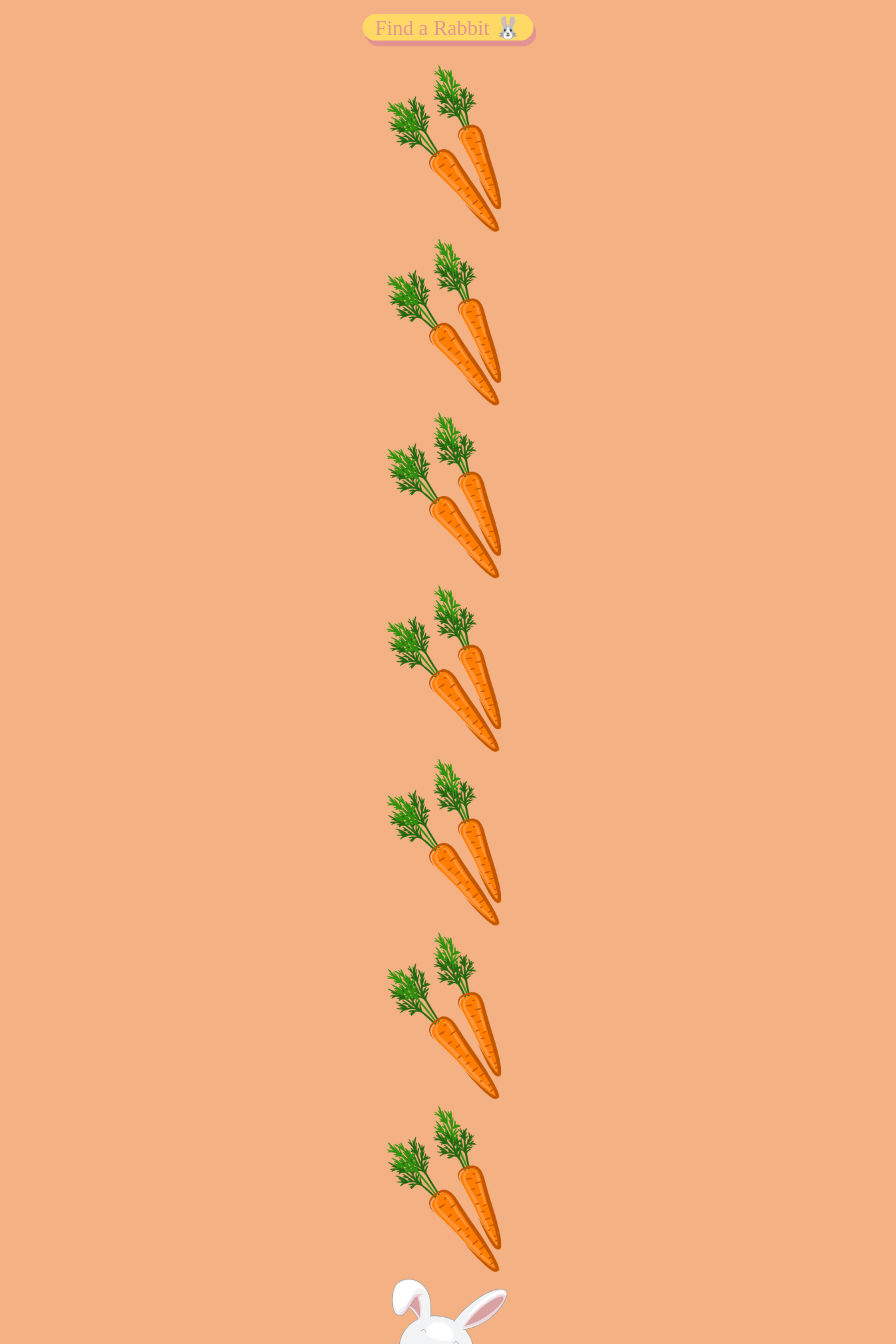
Repository: sephinejo/frontend-browser-101
Page: browser/practice-find-rabbit/index.html
An editor plug-in stored every save of this project. The page is shown before and after the next save, followed by the edit.
The browser window is 1280 px wide. The pictures show the part of the page from y = 0 to 1920 px (the page is 3029 px tall), at 70% of full size.
Some web fonts or font styles are not loaded; a fallback is used.

Above is the page before, as saved 2023-05-10 21:21:40.

After the next save:
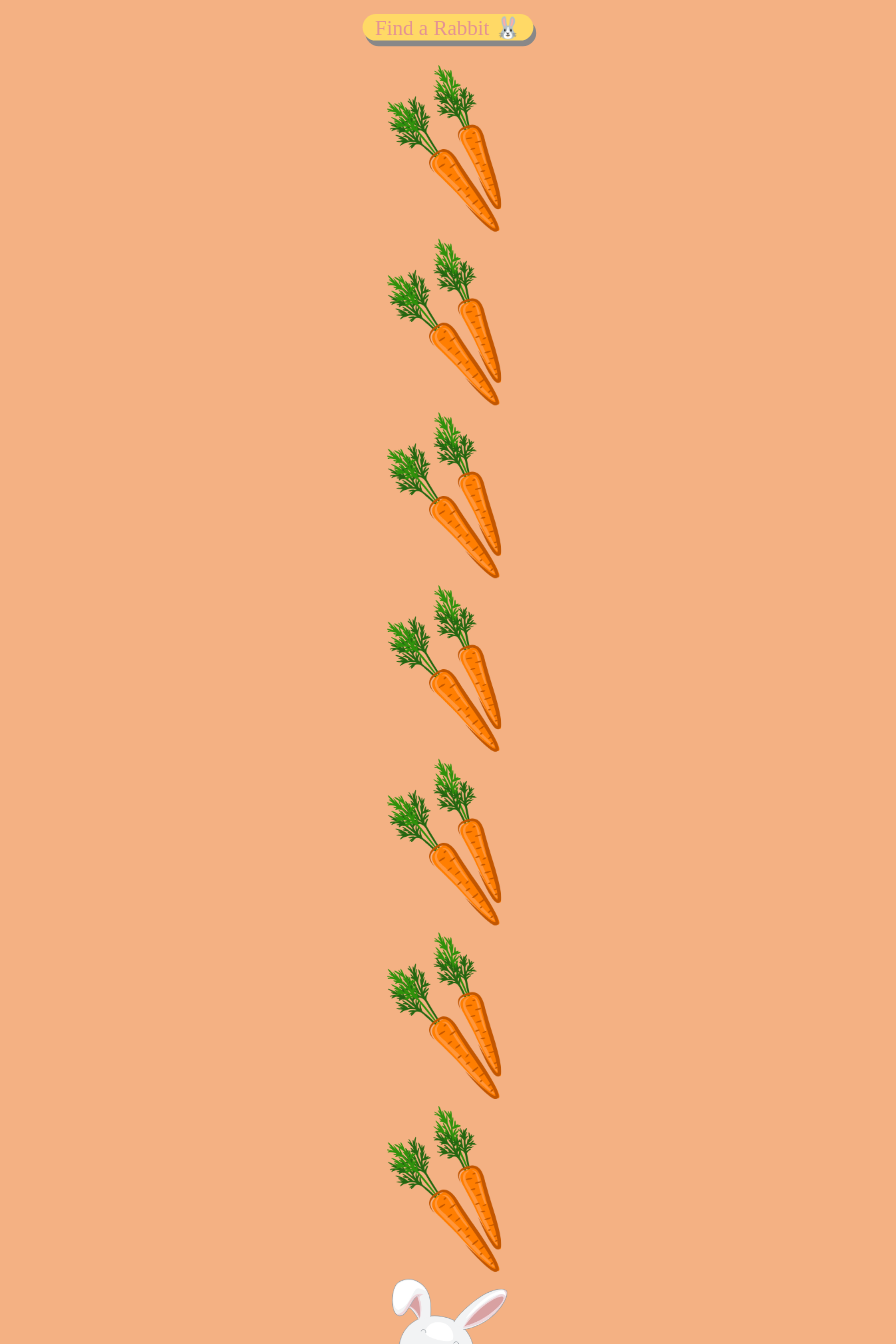
Saved 21 s later.
--- a/browser/practice-find-rabbit/index.html
+++ b/browser/practice-find-rabbit/index.html
@@ -28,7 +28,7 @@
         color: #e49393;
         font-size: 30px;
         font-family: Alice;
-        box-shadow: 4px 8px;
+        box-shadow: 4px 8px #888888;
       }
 
       button:hover {
